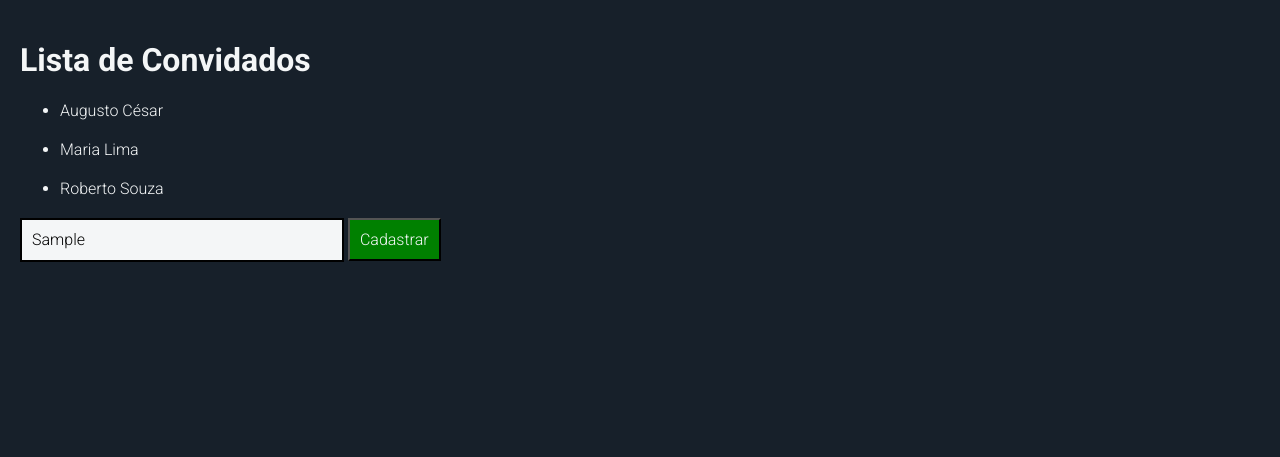
Repository: andrevff/lista-de-convidados
Page: index.html
An editor plug-in stored every save of this project. The page is shown before and after the next save, followed by the edit.
The browser window is 1280 px wide. The pictures show the whole page.
Empty fields were first filled with sample values (such as "Sample", 5 or name@example.com).
After loading, the first visible `#botao` was clicked once.

Above is the page before, as saved 2022-11-29 18:31:19.

After the next save:
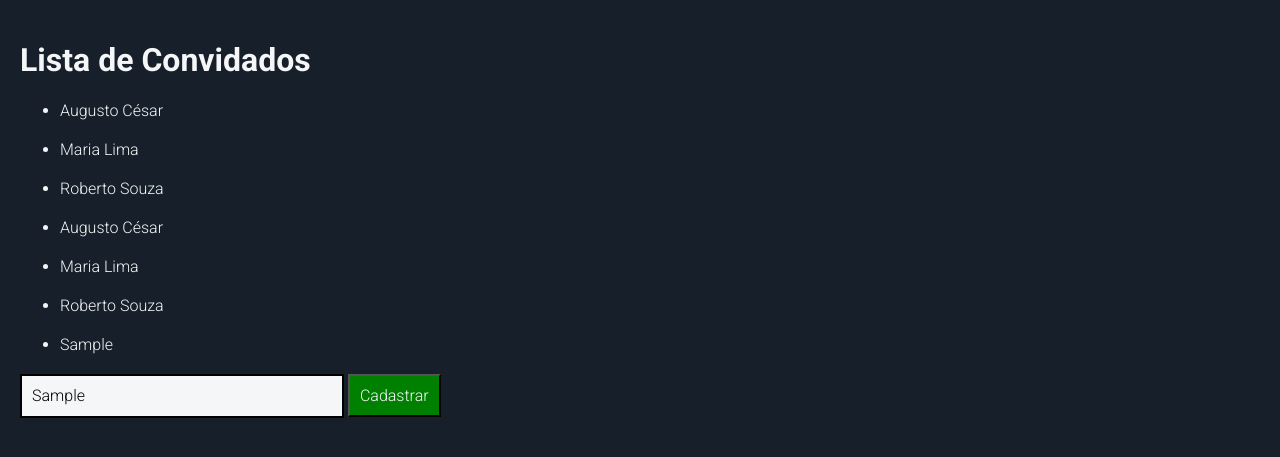
Saved 6 s later.
--- a/assets/js/scripts.js
+++ b/assets/js/scripts.js
@@ -23,7 +23,7 @@ listarConvidados()
 var adicionarConvidado = function() {
     var nome = elementoCampo.value
     convidados.push({nome: nome})
-
+    listarConvidados();
 }
 
 elementoBotao.onclick = adicionarConvidado
